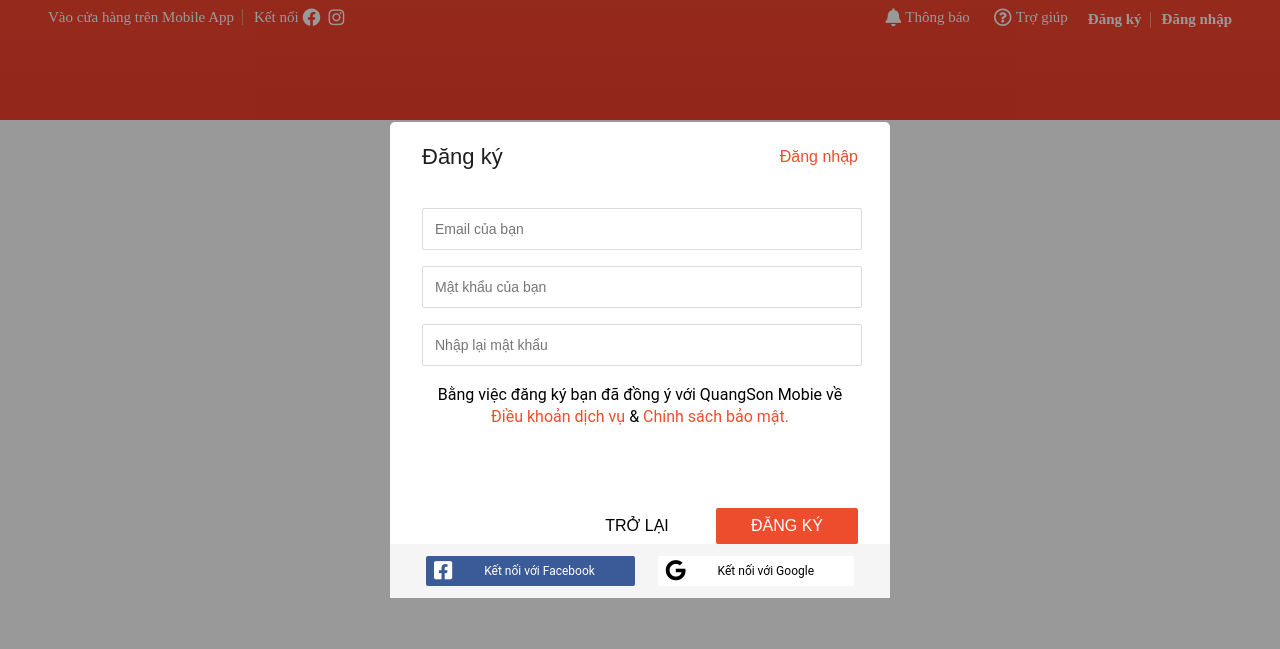
Repository: Qson412/BTL_Web
Page: index.html
The author's editor kept a copy of each file at every save. The page is drawn from the files as they stood at one save, then again after the next save.
The browser window is 1280 px wide. The pictures show the whole page.

Above is the page before, as saved 2021-11-29 17:34:04.

After the next save:
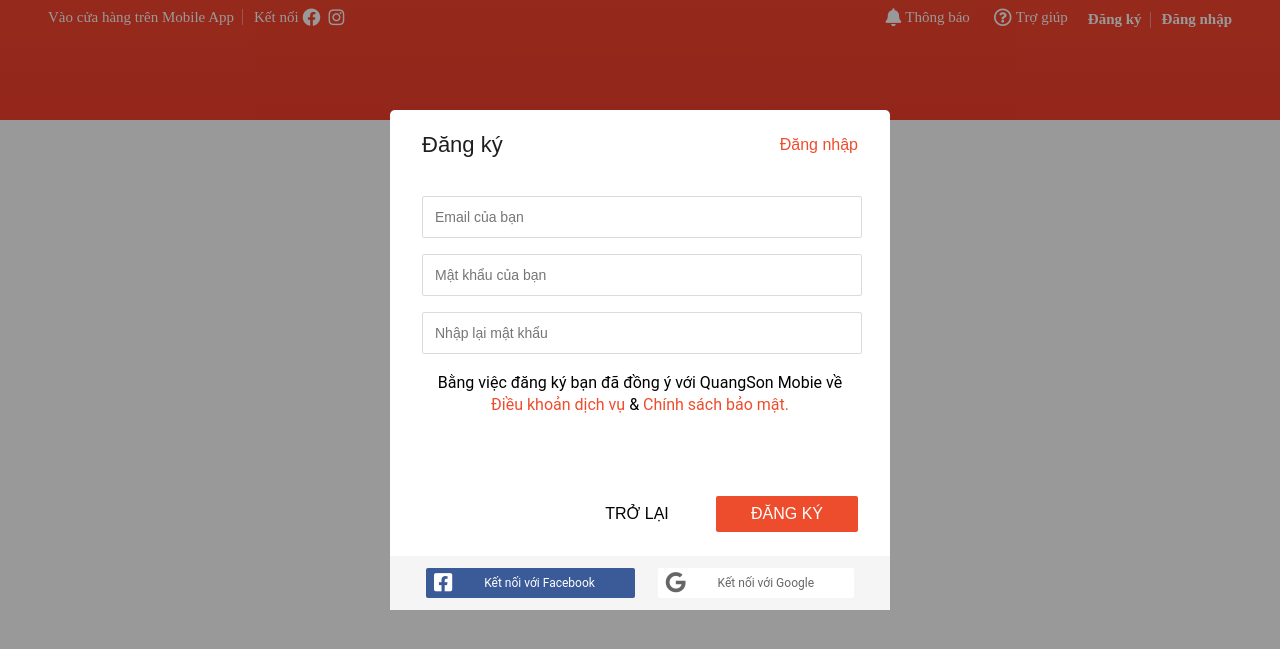
Saved 88 s later.
--- a/main.css
+++ b/main.css
@@ -314,6 +314,7 @@
    padding: 12px 36px;
    display: flex;
    justify-content: space-between;
+   margin-top: 24px;
 }
 
 .auth-form__socials-icon{
@@ -333,3 +334,8 @@
 .auth-form__socials-title{
     margin: 0 32px;
 }
+
+.auth-form__socials--google{
+    background-color: white;
+    color: #666;
+}
